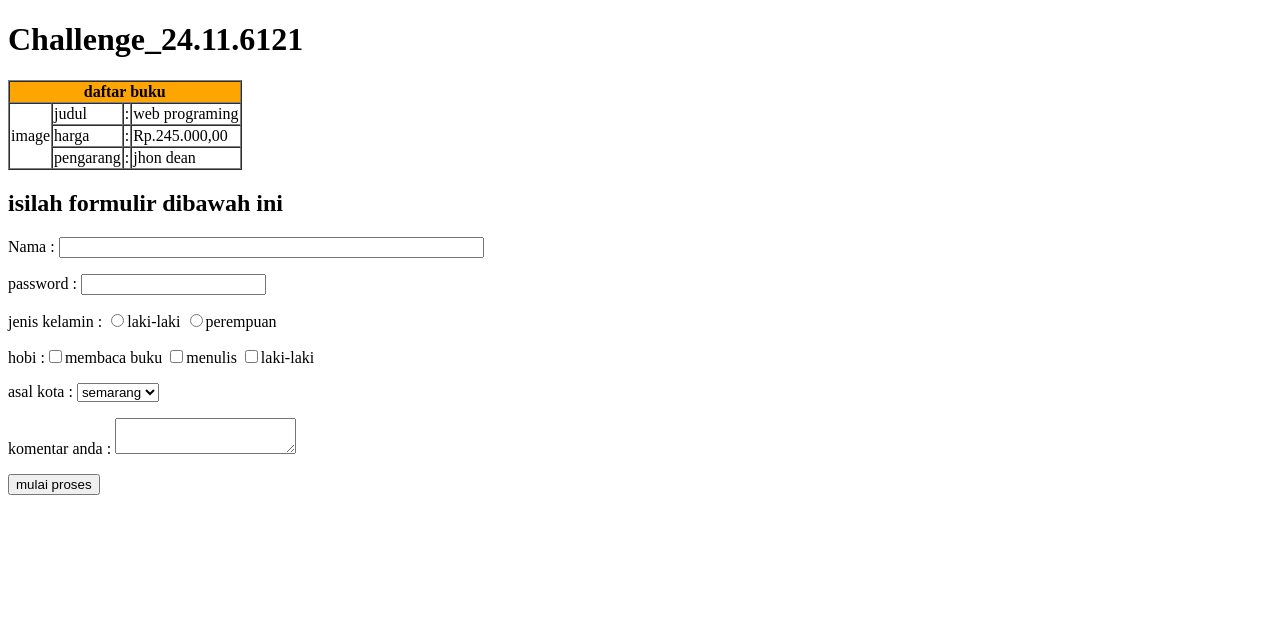
Repository: Tepen-com/challenge_24.11.6121_p4
Page: index.html
An editor plug-in stored every save of this project. The page is shown before and after the next save, followed by the edit.
The browser window is 1280 px wide. The pictures show the whole page.

Above is the page before, as saved 2026-04-20 11:27:01.

### index.html
<!DOCTYPE html>
<html lang="eng">
    <head>
        <meta charset="UTF-8">
        <meta name="viewport" content="width=device-width , initiave">
        <title>p1
        </title>

    </head>
    <body>
        <h1>Challenge_24.11.6121</h1>
        <table border="1" cellspacing="0">
            <tr>
                <th colspan="4" bgcolor="orange"> daftar buku</th>
            </tr>
            <tr>
                <td rowspan="4"> image
                </td>
                <td>
                    judul
                </td>
                <td>
                    :
                </td>
                <td>
                    web programing
                </td>
            </tr>
            <tr>
                <td>harga</td>
                <td>:</td>
                <td>Rp.245.000,00</td>
            </tr>
            <tr>
                <td>pengarang</td>
                <td>:</td>
                <td>jhon dean</td>
            </tr>
        </table>
        <form>
            <h2>isilah formulir dibawah ini</h2>
        <p>Nama : <input type="text" value="" size="50"></p>
        <p>password : <input type="password" size="20"></p>
        <p>jenis kelamin : <input type="radio" name="kelamin" value="laki-laki">laki-laki
            <input type="radio" name="kelamin" value="perempuan">perempuan
        </p>
        <p>hobi :<input type="checkbox" name="baverage" value="membaca buku">membaca buku
                <input type="checkbox" name="baverage" value="menulis">menulis
                <input type="checkbox" name="baverage" value="memancing">laki-laki
        </p>
        <p>asal kota : <select name="kota">
                                <option value="semarang">semarang</option>
                                <option value="timika">timika</option>
                                <option value="jakarta">jakarta</option>
        </select></p>
        <p>
            komentar anda : <textarea></textarea>
        </p>
        <input type="button" name="klik" value="mulai proses">
        </form>

    </body>


</html>

After the next save:
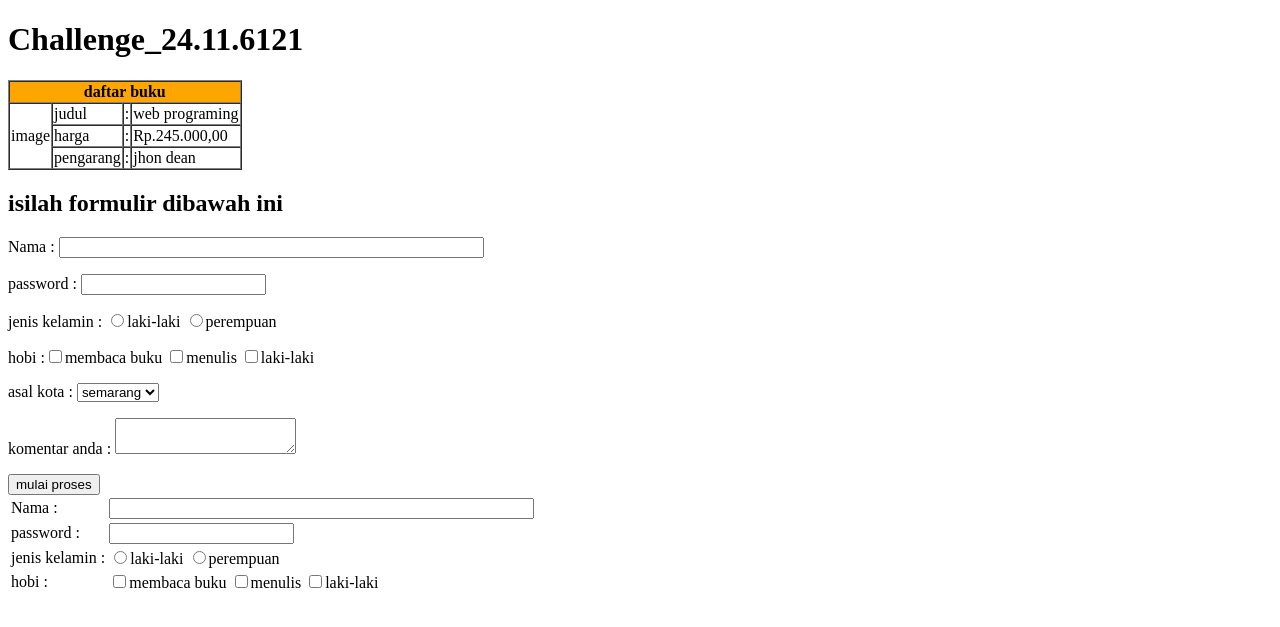
Saved 7 min 22 s later.
--- a/index.html
+++ b/index.html
@@ -37,8 +37,8 @@
                 <td>jhon dean</td>
             </tr>
         </table>
+        <h2>isilah formulir dibawah ini</h2>
         <form>
-            <h2>isilah formulir dibawah ini</h2>
         <p>Nama : <input type="text" value="" size="50"></p>
         <p>password : <input type="password" size="20"></p>
         <p>jenis kelamin : <input type="radio" name="kelamin" value="laki-laki">laki-laki
@@ -59,6 +59,29 @@
         <input type="button" name="klik" value="mulai proses">
         </form>
 
+        <table>
+            <tr>
+                <td>Nama :</td>
+                <td><input type="text" value="" size="50"></td>
+            </tr>
+            <tr>
+                <td>password :</td>
+                <td><input type="password" size="20"></td>
+            </tr>
+            <tr>
+                <td>jenis kelamin :</td>
+                <td><input type="radio" name="kelamin" value="laki-laki">laki-laki
+            <input type="radio" name="kelamin" value="perempuan">perempuan</td>
+            </tr>
+            <tr>
+                <td>hobi :</td>
+                <td><input type="checkbox" name="baverage" value="membaca buku">membaca buku
+                <input type="checkbox" name="baverage" value="menulis">menulis
+                <input type="checkbox" name="baverage" value="memancing">laki-laki</td>
+            </tr>
+
+        </table>
+
     </body>
 
 
